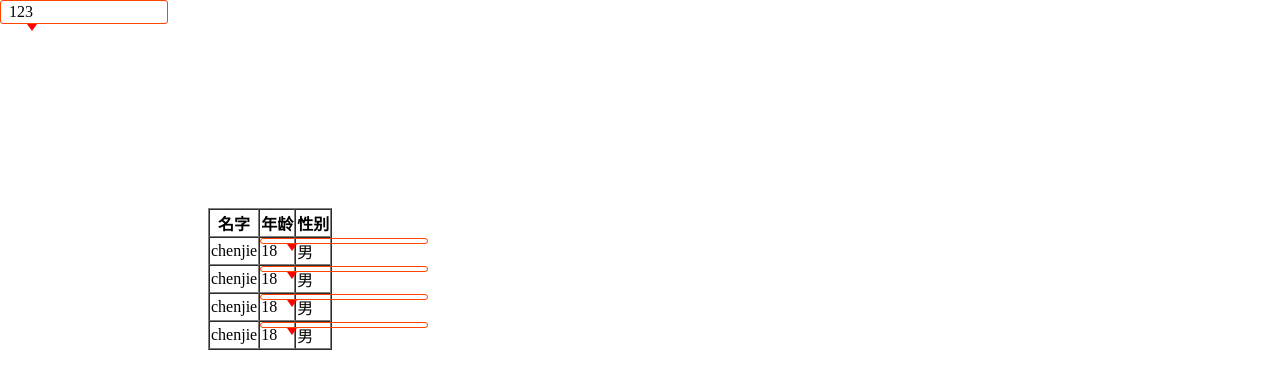
Repository: chenjieya/java
Page: index.html
An editor plug-in stored every save of this project. The page is shown before and after the next save, followed by the edit.
The browser window is 1280 px wide. The pictures show the whole page.

Above is the page before, as saved 2023-05-17 09:05:33.

After the next save:
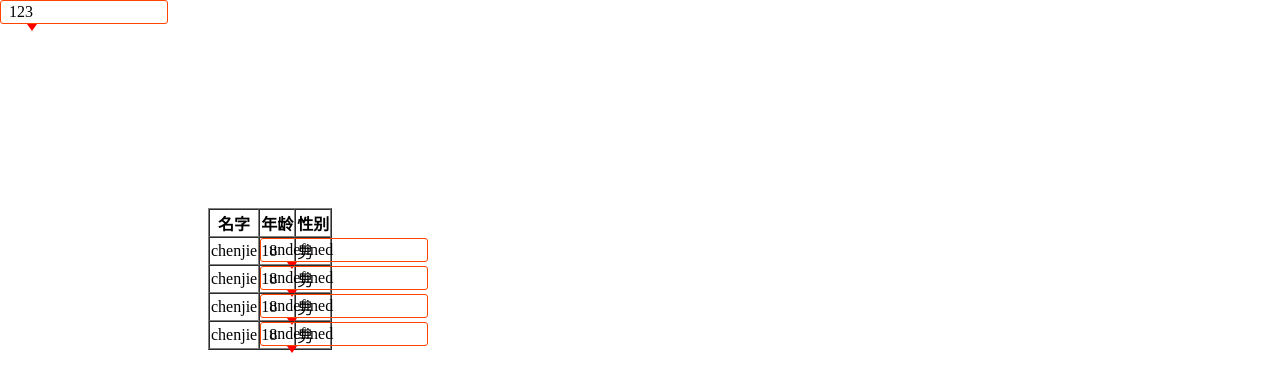
Saved 44 s later.
--- a/index.html
+++ b/index.html
@@ -73,6 +73,7 @@
     function toolTip(dom, text) {
       const oDiv = document.createElement('div');
       oDiv.classList.add('tooltip');
+      oDiv.innerText = `${text}`;
       dom.appendChild(oDiv);
     }
   </script>
